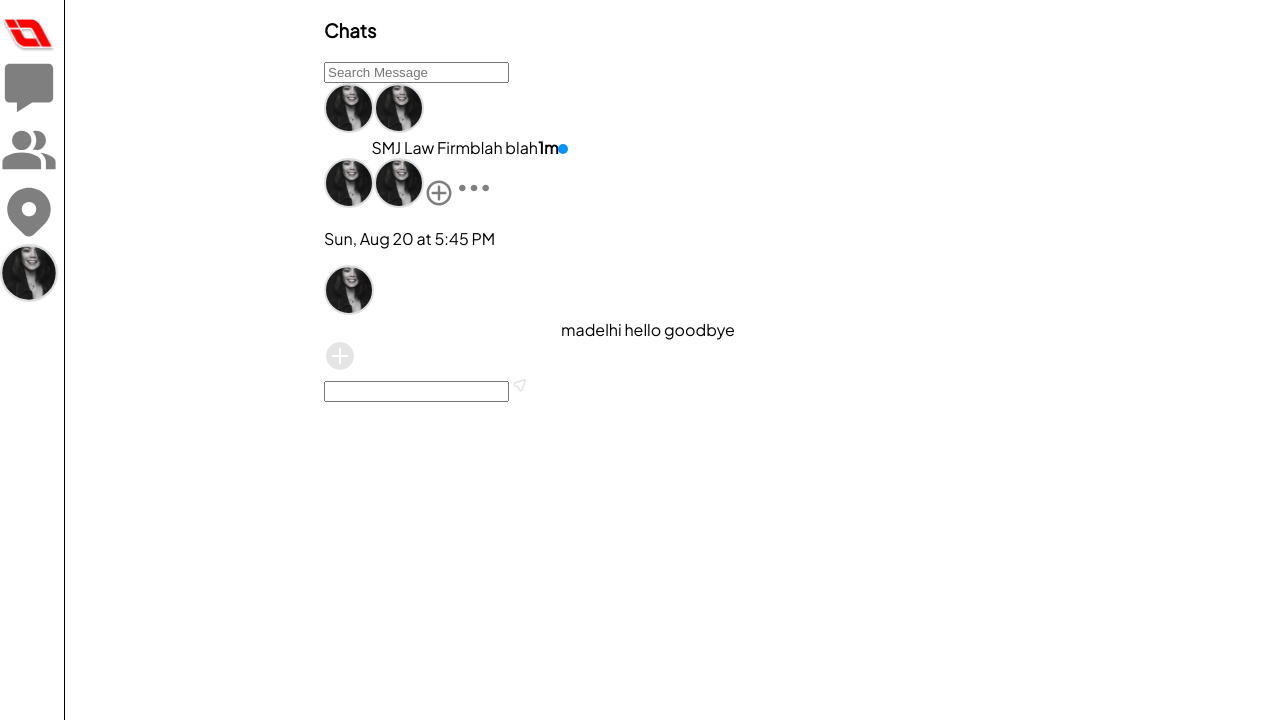
Repository: Nicktacku/LawChat
Page: /homechat (app in frontend/lawchat/)
These files come from the project's save history. The page is drawn as it stood at one moment and after the next save; the edit follows.
The browser window is 1280 px wide. The pictures show the whole page.
The project was rebuilt for these pictures with package versions that can differ from the ones it lists, and the page was loaded fresh each time. Also part of the build but not shown: frontend/lawchat/src/styles/button.css, frontend/lawchat/src/components/Button.js, frontend/lawchat/src/pages/Home.js, frontend/lawchat/src/pages/Login.js, frontend/lawchat/src/pages/Test.js.

Above is the page before, as saved 2024-08-15 14:18:24.

### frontend/lawchat/public/index.html
<!DOCTYPE html>
<html lang="en">
  <head>
    <meta charset="utf-8" />
    <link rel="icon" href="%PUBLIC_URL%/favicon.ico" />
    <meta name="viewport" content="width=device-width, initial-scale=1" />
    <meta name="theme-color" content="#000000" />
    <meta
      name="description"
      content="Web site created using create-react-app"
    />
    <link rel="apple-touch-icon" href="%PUBLIC_URL%/logo192.png" />
    <!--
      manifest.json provides metadata used when your web app is installed on a
      user's mobile device or desktop. See https://developers.google.com/web/fundamentals/web-app-manifest/
    -->
    <link rel="manifest" href="%PUBLIC_URL%/manifest.json" />
    <link
      href="https://fonts.googleapis.com/css?family=Plus Jakarta Sans"
      rel="stylesheet"
    />
    <!--
      Notice the use of %PUBLIC_URL% in the tags above.
      It will be replaced with the URL of the `public` folder during the build.
      Only files inside the `public` folder can be referenced from the HTML.

      Unlike "/favicon.ico" or "favicon.ico", "%PUBLIC_URL%/favicon.ico" will
      work correctly both with client-side routing and a non-root public URL.
      Learn how to configure a non-root public URL by running `npm run build`.
    -->
    <title>React App</title>
  </head>
  <body>
    <noscript>You need to enable JavaScript to run this app.</noscript>
    <div id="root"></div>
    <!--
      This HTML file is a template.
      If you open it directly in the browser, you will see an empty page.

      You can add webfonts, meta tags, or analytics to this file.
      The build step will place the bundled scripts into the <body> tag.

      To begin the development, run `npm start` or `yarn start`.
      To create a production bundle, use `npm run build` or `yarn build`.
    -->
  </body>
</html>

### frontend/lawchat/src/App.js
import Home from "./pages/Home.js";
import Login from "./pages/Login.js";
import HomeChat from "./pages/HomeChat.js";

import {
  createBrowserRouter,
  createRoutesFromElements,
  Route,
  RouterProvider,
} from "react-router-dom";
import Test from "./pages/Test.js";

const router = createBrowserRouter(
  createRoutesFromElements(
    <Route path="/">
      <Route index element={<Home />} />
      <Route path="/login" element={<Login />} />
      <Route path="/homechat" element={<HomeChat />} />
      <Route path="/test" element={<Test />} />
    </Route>
  )
);

function App() {
  return (
    <div className="App">
      {/* <Login /> */}
      <RouterProvider router={router} />
    </div>
  );
}

export default App;

### frontend/lawchat/src/pages/HomeChat.js
import React from "react";

import logo from "../images/logo.svg";
import chaticon from "../images/chaticon.svg";
import friendsicon from "../images/friendsicon.svg";
import locationicon from "../images/locationicon.svg";
import personaldp from "../images/personaldp.svg";

import newchaticon from "../images/newchaticon.svg";
import ChatPreview from "../components/ChatPreview";

import addicon from "../images/addicon.svg";
import tripledoticon from "../images/tripledoticon.svg";
import ChatBubble from "../components/ChatBubble";

import attachicon from "../images/attachicon.svg";

import sendicon from "../images/sendicon.svg";

import "../styles/homechat.css";

const HomeChat = () => {
  return (
    <div className="container">
      <div className="sidebar">
        <img src={logo} className="img" /> <br />
        <img src={chaticon} className="img" /> <br />
        <img src={friendsicon} className="img" /> <br />
        <img src={locationicon} className="img" /> <br />
        <img src={personaldp} className="img" /> <br />
      </div>
      <div className="chats">
        <h3 className="h3">
          <b>Chats</b>
        </h3>
        <image src={newchaticon} />
        <form>
          <input type="text" placeholder="Search Message" />
        </form>
        <ChatPreview name="SMJ Law Firm" preview="blah blah" />
      </div>
      <div className="chat">
        <div className="chat-bar">
          <img src={personaldp} />
          <img src={personaldp} />
          <img src={addicon} />
          <img src={tripledoticon} />
        </div>
        <div className="chat-content">
          <p>Sun, Aug 20 at 5:45 PM</p>
          <ChatBubble name="madel" message="hi hello goodbye" />
        </div>
        <div className="chatbox">
          <img src={attachicon} />
          <form>
            <input type="text" placeholder="" />
            <img src={sendicon} />
          </form>
        </div>
      </div>
    </div>
  );
};

export default HomeChat;

### frontend/lawchat/src/styles/home.css
body {
    font-family: 'Plus Jakarta Sans';
}

.body {
    padding-left: 5%;
    padding-right: 5%;
}

.navbar {
    overflow: hidden;
    border-bottom: 1px solid rgba(129, 133, 137, 0.3);
    padding-left: 3%;
    padding-right: 3%;
}



.nav-list {
    list-style-type: none;
    margin: 0;
    padding: 0;
    text-align: center;
}

.nav-item {
    float: right;
    padding: 2vh;
}

.logo{
    overflow: hidden;
    float:left;
}

.body-content {
    width: 40%;
    float: left;
    justify-content: center;
}

.body-image {
    width: 60%;
    float: right;
}

.h1{
    font-size: 18vh;
    margin-top: 30%;
}

.p {
    font-size: 5vh;
    color: gray;
}

.stores {
    justify-content: space-around;
}

.body-image {
    position: relative;
}

/* .body-image-content {
    position: absolute;
    width: 100px;
    height: 100px;
    border: 1px solid red;
} */

### frontend/lawchat/src/components/ChatPreview.js
import React from "react";

import personaldp from "../images/personaldp.svg";
import bluedot from "../images/bluedot.svg";

function ChatPreview(props) {
  return (
    <div className="container">
      <div className="images">
        <img src={personaldp} />
        <img src={personaldp} />
      </div>
      <div className="body">
        {props.name}
        {props.preview}
        <b>1m</b>
        <img src={bluedot} />
      </div>
    </div>
  );
}

export default ChatPreview;

### frontend/lawchat/src/components/ChatBubble.js
import React from "react";

import personaldp from "../images/personaldp.svg";

function ChatBubble(props) {
  return (
    <div className="container">
      <img src={personaldp} />
      <div className="chat">
        {props.name}
        {props.message}
      </div>
    </div>
  );
}

export default ChatBubble;

### frontend/lawchat/src/styles/homechat.css
.sidebar {
    height: 100%;
    width: 5%;
    position: fixed;
    top: 0;
    left: 0;
    overflow-x: hidden;
    padding-top: 16px;
    border-right: 1px solid black;
  }

.chat {
    margin-left: 25%
}

.chats {
    margin-left: 25%
}

.img{
    width: 8vh;
  }

Loaded but not shown: frontend/lawchat/src/index.js (common file)

After the next save:
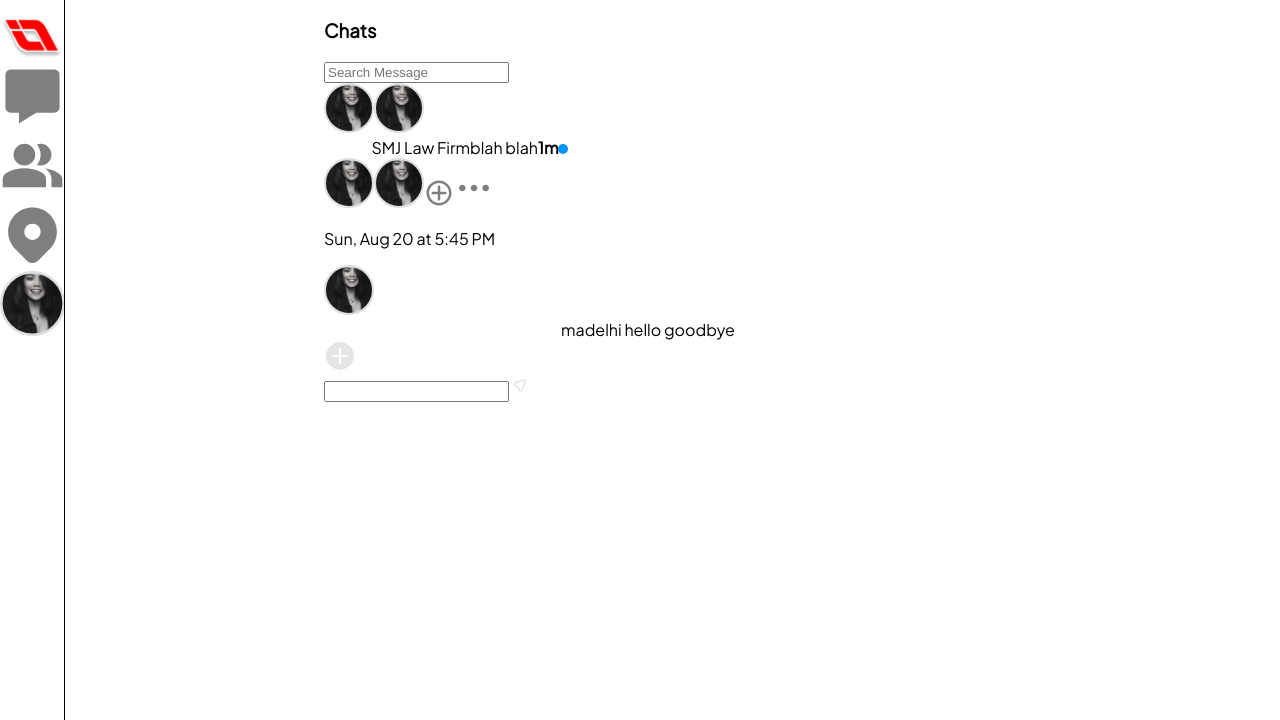
Saved 5 s later.
--- a/frontend/lawchat/src/styles/homechat.css
+++ b/frontend/lawchat/src/styles/homechat.css
@@ -18,5 +18,5 @@
 }
 
 .img{
-    width: 8vh;
+    width: 9vh;
   }
